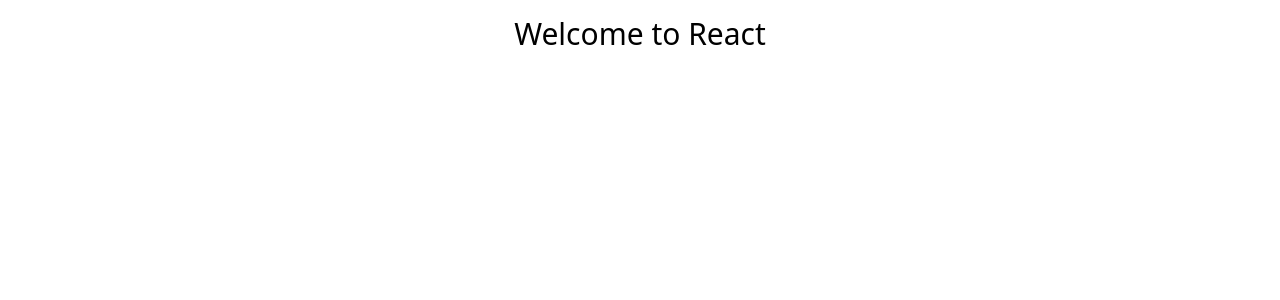
Repository: SaadYasin/react-internationalization
Page: /
The author's editor kept a copy of each file at every save. The page is drawn from the files as they stood at one save, then again after the next save.
The browser window is 1280 px wide. The pictures show the whole page.
The project was rebuilt for these pictures with package versions that can differ from the ones it lists, and the page was loaded fresh each time. Also part of the build but not shown: vite.config.js.

Above is the page before, as saved 2024-07-18 21:29:57.

### index.html
<!doctype html>
<html lang="en">
  <head>
    <meta charset="UTF-8" />
    <link rel="icon" type="image/svg+xml" href="/vite.svg" />
    <meta name="viewport" content="width=device-width, initial-scale=1.0" />
    <title>Vite + React</title>

    <!-- FONTS -->
    <link rel="preconnect" href="https://fonts.googleapis.com">
    <link rel="preconnect" href="https://fonts.gstatic.com" crossorigin>
    <link
      href="https://fonts.googleapis.com/css2?family=Jost:ital,wght@0,100..900;1,100..900&family=Poppins:ital,wght@0,100;0,200;0,300;0,400;0,500;0,600;0,700;0,800;0,900;1,100;1,200;1,300;1,400;1,500;1,600;1,700;1,800;1,900&display=swap"
      rel="stylesheet">

  </head>
  <body>
    <div id="root"></div>
    <script type="module" src="/src/main.jsx"></script>
  </body>
</html>

### src/App.jsx
/* eslint-disable no-unused-vars */
import React from "react";
import i18next from '../src/utils/i18next';
import { useTranslation } from 'react-i18next'
function App() {
  const { t } = useTranslation();

  return (
    <>
      <h2 className="text-3xl text-center p-4 bg-">{t("Welcome to React")}</h2>
    </>
  )
}

export default App;

### src/index.css
@import url('https://fonts.googleapis.com/css2?family=Jost:ital,wght@0,100..900;1,100..900&family=Poppins:ital,wght@0,100;0,200;0,300;0,400;0,500;0,600;0,700;0,800;0,900;1,100;1,200;1,300;1,400;1,500;1,600;1,700;1,800;1,900&display=swap');

@tailwind base;
@tailwind components;
@tailwind utilities;

### src/utils/i18next.js
import i18n from "i18next";
import { initReactI18next } from "react-i18next";

import languageDetector from "i18next-browser-languagedetector";
import HttpApi from "i18next-http-backend";

i18n
  .use(initReactI18next)
  .use(languageDetector)
  .use(HttpApi)
  .init({
    fallbackLng: "en",
    detection: {
      order: [
        "htmlTag",
        "cookie",
        "localStorage",
        "sessionStorage",
        "navigator",
        "path",
        "subdomain",
      ],
      caches: ["localStorage"],
    },
    backend: {
      loadPath: "/locale/{{lng}}/translation.json",
    },
  });

export default i18n;

### tailwind.config.js
/** @type {import('tailwindcss').Config} */
export default {
  content: ["./index.html", "./src/**/*.{js,ts,jsx,tsx}"],
  theme: {
    fontFamily: {
      primary: ["Poppins", "sans-serif"],
      secondary: ["Jost", "sans-serif"],
    },
    extend: {},
  },
  plugins: [],
};

Loaded but not shown: src/main.jsx (common file)

After the next save:
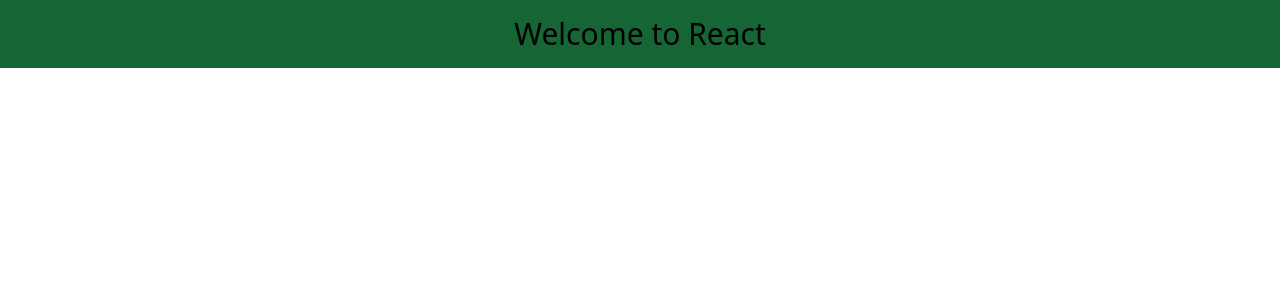
Saved 8 s later.
--- a/src/App.jsx
+++ b/src/App.jsx
@@ -7,7 +7,7 @@
 
   return (
     <>
-      <h2 className="text-3xl text-center p-4 bg-">{t("Welcome to React")}</h2>
+      <h2 className="text-3xl text-center p-4 bg-green-800">{t("Welcome to React")}</h2>
     </>
   )
 }
